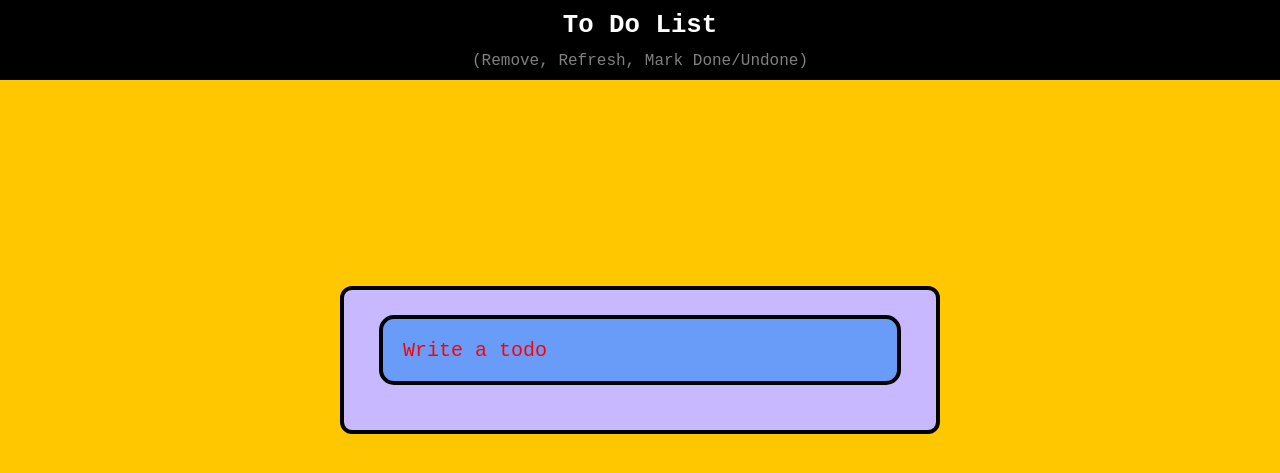
Repository: ThisIsSahaj/Js-Projects
Page: ToDoList/index.html
These files come from the project's save history. The page is drawn as it stood at one moment and after the next save; the edit follows.
The browser window is 1280 px wide. The pictures show the whole page.

Above is the page before, as saved 2024-04-24 09:48:08.

### ToDoList/index.html
<!DOCTYPE html>
<html lang="en">
<head>
    <meta charset="UTF-8">
    <meta http-equiv="X-UA-Compatible" content="IE=edge">
    <meta name="viewport" content="width=device-width, initial-scale=1.0">
    <title>To Do List</title>
    <link rel="stylesheet" href="style.css">
    <link rel="stylesheet" href="https://cdnjs.cloudflare.com/ajax/libs/font-awesome/6.0.0/css/all.min.css" integrity="sha512-9usAa10IRO0HhonpyAIVpjrylPvoDwiPUiKdWk5t3PyolY1cOd4DSE0Ga+ri4AuTroPR5aQvXU9xC6qOPnzFeg==" crossorigin="anonymous" referrerpolicy="no-referrer" />

</head>
<body>
    <div class="header">
       <h3>To Do List</h3>
        <p>(Remove, Refresh, Mark Done/Undone)</p>

    </div>
    <div class="box">

            <input type="text" placeholder="Write a todo" >
            <ul class="todoBox">

            </ul>

    </div>
</body>

<script src="script.js"></script>
</html>

### ToDoList/style.css
*{
    margin: 0;
    padding: 0;
    box-sizing: border-box;
    outline: none;
}

body{
    /* background-color: #000; */
    background-color: #FFC700;
    display: flex;
    flex-wrap: wrap;
    font-family: monospace;
}

.header{
    width: 100%;
    height: 80px;
    background-color: black;
    color: white;
    display: flex;
    flex-direction: column;
    align-items: center;
    justify-content: center;
    font-family: monospace;
    font-size: 22px;
    gap: 12px;
    /* border: 2px solid blue; */
}

.header p {
    color: grey;
    font-size: 16px;
}



.box{
    /* border: 2px solid red; */
    /* background-color: #C6B9FF;
    margin-top: 50px;
    width: 100%;
    display: flex;
    justify-content: center;
    align-items: center;
    flex-direction: column; */

    width: 600px;
    padding: 25px 35px;
    position: absolute;
    top: 50%;
    left: 50%;
    transform: translate(-50%,-50%);
    background-color: #C8B8FF;
    border: 4px solid black;
    color: black;
    border-radius: 12px;
    font-weight: bold;
}



input{
    width: 100%;
    height: 70px;
    border-radius: 15px;
    color: black;
    padding: 20px;
    font-size: 20px;
    font-family: monospace;
    background-color: #699CF8;
    border: 4px solid black;

}
::placeholder {
    color: red;
    opacity: 1; /* Firefox */
  }

  ::-ms-input-placeholder { /* Edge 12-18 */
    color: red;
  }

.todoBox{
    /* border: 2px solid red; */
    margin-top: 20px;
    list-style: none;
    width: 100%;
}



.todoBox li {
    position: relative;
    /* background-color: rgb(34, 34, 34); */
    background-color: white;
    color: black;
    /* box-shadow: 0px 3px 6px rgba(0, 0, 0, 0.05), 0px 8px 15px rgba(0, 0, 0, 0.1), 0 0 0 1px rgba(255, 255, 255, 0.1); */
    padding: 20px;
    border-radius: 15px;
    border: 3px solid black;



    /* transition: box-shadow 0.25s; */
    /* width: 100%; */
    /* height: 50px; */
    margin: 20px 0px;

    font-size: 16px;
    /* font-family: monospace; */
    padding-right: 45px;
    text-align: justify;
    user-select: none;

}

.todoBox li i {
    /* color: rgb(142, 142, 142); */
    color: #FF8477;
    position: absolute;
    right: 20px;
    cursor: pointer;
    /* top: 50%; */
    top: 20px;

}

.done{
    text-decoration: line-through;
    color: grey !important;

}

### ToDoList/script.js
const input = document.querySelector('input');
const todoBox = document.querySelector('.todoBox');



// ✅ LOCAL STORAGE
const updateLS = () => {
    const taskValue = document.querySelectorAll('li');

    const tasks = [];

    taskValue.forEach((curEle) => {
        return tasks.push(curEle.textContent.trim());
    });

    localStorage.setItem('tasks', JSON.stringify(tasks));
}




// ✅ ADD TASK
const addTask = (text) => {
    const task = document.createElement('li');

    const htmlData =
        ` <p>${text}</p>

          <i class="delete fa-regular fa-circle-xmark"></i> `
    task.insertAdjacentHTML('afterbegin', htmlData);
    todoBox.appendChild(task);


    // ✅ DELETE TASK
    const deleteBtn = task.querySelector('i');
    deleteBtn.addEventListener('click', ()=>{
    task.remove();
    updateLS();
    })


    // ✅ Mark a task DONE/UNDONE
    task.addEventListener('click', ()=>{
        task.classList.toggle('done');
    })
}





// ✅ GET THE INPUT
input.addEventListener('keyup', (event)=>{

    // to know which key is being pressed
   // console.log(event.key);

  if (event.key == 'Enter') {

    // to get the value written in input
    // console.log(input.value);

      addTask(input.value);
      updateLS();

      //to clear the value written in input after ENTER
      input.value = "";

    }
})






// ✅ GETTING DATA BACK FROM LOCAL SOTRAGE
const taskAvailable = JSON.parse(localStorage.getItem('tasks'));

if(taskAvailable)
{
    taskAvailable.forEach((curTask) =>
    {
        addTask(curTask);
    })};

After the next save:
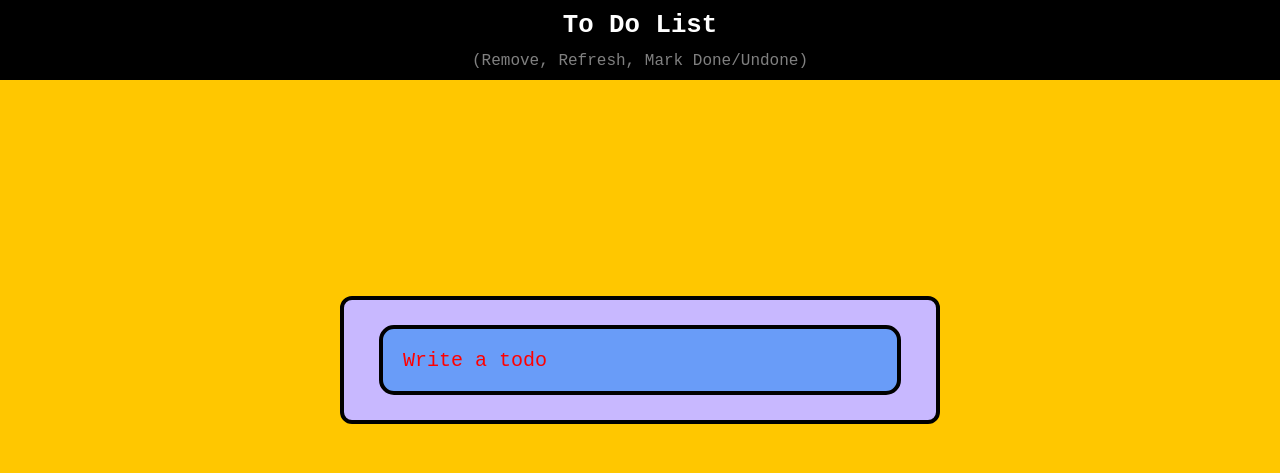
Saved 5 s later.
--- a/ToDoList/style.css
+++ b/ToDoList/style.css
@@ -77,9 +77,9 @@
     opacity: 1; /* Firefox */
   }
 
-  ::-ms-input-placeholder { /* Edge 12-18 */
+  /* ::-ms-input-placeholder { /* Edge 12-18 */
     color: red;
-  }
+  } */
 
 .todoBox{
     /* border: 2px solid red; */

After the 2 saves that followed:
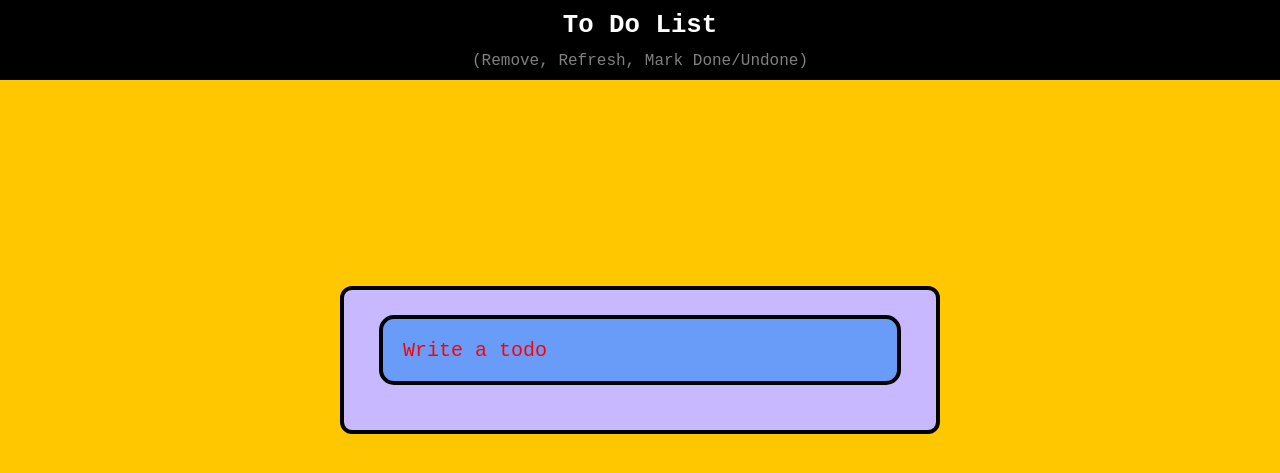
The 2 saves are shown as one change because they came seconds apart.
The last was saved 20 s later.
--- a/ToDoList/style.css
+++ b/ToDoList/style.css
@@ -77,9 +77,8 @@
     opacity: 1; /* Firefox */
   }
 
-  /* ::-ms-input-placeholder { /* Edge 12-18 */
-    color: red;
-  } */
+  ::-ms-input-placeholder { color: red;
+  }
 
 .todoBox{
     /* border: 2px solid red; */
